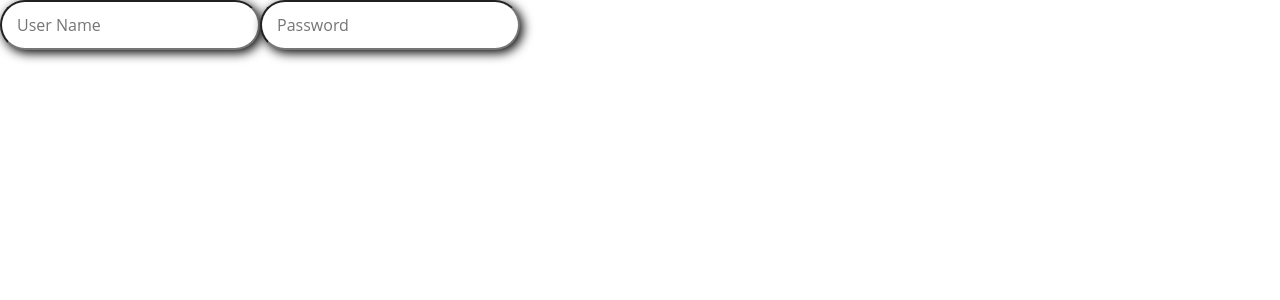
Repository: Cherced/virtualassistant
Page: /login
These files come from the project's save history. The page is drawn as it stood at one moment and after the next save; the edit follows.
The browser window is 1280 px wide. The pictures show the whole page.
The project was rebuilt for these pictures with package versions that can differ from the ones it lists, and the page was loaded fresh each time. The framework's server and built-in components were replaced by stand-ins that run in the browser.

Above is the page before, as saved 2022-07-15 14:07:58.

### pages/_app.js
import '../sass/global.scss';


const MyApp = ({ Component, pageProps }) => {
    return <Component {...pageProps} />
  }


export default MyApp

### pages/_document.js
import { Html, Head, Main, NextScript } from 'next/document'

export default function Document() {

  return (
    <Html lang="en">
      <Head />
      <body>
        <Main />
        <div id="portal"></div>
        <NextScript />
      </body>
    </Html>
  )
}

### pages/login.jsx
import React from 'react'
import { LoginForm } from '../components/molecules/login/LoginForm'

const Login = () => {
  return (
    <div className="login">
        <LoginForm/>
    </div>
  )
}

export default Login

### sass/global.scss
@import './vars';
@import './components';
@import './pages/draft';
@import './pages/welcome';
@import './pages/welcomeS';

### components/molecules/login/LoginForm.jsx
import React from 'react'
import { BasicInput } from '../../atoms/inputs/BasicInput'

export const LoginForm = () => {
    const sendUserAuth = () => {
        console.log("SEEEENDEED")
    }
  return (
    <form className="loginForm" onSubmit={()=> sendUserAuth()}>
        <div className="loginForm__inputs--container">
        <BasicInput type="text" placeholder="User Name" id="user" name="user" />
        <BasicInput type="password" placeholder="Password" id="passWord" name="passWord" />
        </div>
    </form>
  )
}

### sass/_vars.scss
@import url('https://fonts.googleapis.com/css2?family=Inter:wght@100;200;300;500;600;700;800;900&family=Roboto:ital,wght@0,100;0,300;0,400;0,500;0,700;0,900;1,100;1,300;1,400;1,500;1,700;1,900&display=swap');
@import url('https://fonts.googleapis.com/css2?family=Roboto:ital,wght@0,100;0,300;0,400;0,500;0,700;0,900;1,100;1,300;1,400;1,500;1,700;1,900&family=Ubuntu:ital,wght@0,300;0,400;0,500;0,700;1,300;1,400;1,500;1,700&display=swap');

$mainColor: black;
$mainTextColor: white;
$mainFont: 'Inter';
$subTitle: 'Roboto';


*{
    box-sizing: border-box;
    margin: 0;
    padding: 0;
    font-family: Arial, Helvetica, sans-serif;
}

### sass/_components.scss
@import './components/headers/welcomeHeader';
@import './components/carrousels/carrousel';
@import './components/buttons/nextButton';
@import './components/buttons/basicButton';
@import './components/inputs/basicInput';

### sass/components/headers/_welcomeHeader.scss
.brand {
  width: 100%;
  min-height: 500px;
  display: flex;
  background: black;
  border-radius: 0 0 100px 100px;
  box-shadow: 6px 6px 20px 3px rgba(0, 0, 0, 0.2);
  justify-content: center;
  align-items: center;

  .brand__elipse--container {
    display: none;
  }

  .brand__img {
    z-index: 2;
    object-fit: cover;
  }
}

@media screen and (min-width: 1024px) {
  .brand {
    background-repeat: no-repeat;
    background-position: center;
    background-position-y: -200px;
    border-radius: none;
    background-image: url('../../../public/img/Ellipse.png');
    background: linear-gradient(180deg, #000000, #ffffff, #7d7777, #ececec, #7b7b7b, #000000, #545454, #e1e1e1, #e1e1e1);
    background-size: 1800% 1800%;

    -webkit-animation: AnimationName 27s ease infinite;
    -moz-animation: AnimationName 27s ease infinite;
    animation: AnimationName 27s ease infinite;


  .brand__elipse--container {
    display: block;
    position: absolute;
    top: -193px;
    z-index: 1;
  }
  }


@-webkit-keyframes AnimationName {
  0%{background-position:0% 68%}
  50%{background-position:100% 33%}
  100%{background-position:0% 68%}
}
@-moz-keyframes AnimationName {
  0%{background-position:0% 68%}
  50%{background-position:100% 33%}
  100%{background-position:0% 68%}
}
@keyframes AnimationName {
  0%{background-position:0% 68%}
  50%{background-position:100% 33%}
  100%{background-position:0% 68%}
}

}

### sass/components/carrousels/_carrousel.scss
.carrousel {
    max-width: 500px;
    height: auto;
    min-width: 300px;
    overflow: hidden;

    .slider {
        position: relative;
        display: flex;
        width: 200%;
        height: 100%;
    }

    .carrousel__list {
        list-style: none;
        display: flex;
        flex-direction: column;
        width: 100%;

        .carrousel__list--item {
            width: 100%;
            display: flex;
            flex-direction: row;
            align-items: center;
            justify-content: center;

            .carrousel__item--title {
                font-family: $subTitle;
                font-style: normal;
                font-weight: 500;
                font-size: 20px;
                line-height: 24px;
                text-align: center;
                letter-spacing: 0.04em;
                margin-bottom: 30px;
            }

            .carrousel__item--parragraph {
                font-style: normal;
                font-weight: 400;
                font-size: 15px;
                line-height: 18px;
                text-align: center;
                letter-spacing: 0.04em;
                font-family: $mainFont;
                color: #0F184D;
                padding: 0 30px;
                text-align: center;
            }
        }
    }
}

### sass/components/buttons/_nextButton.scss
.button__next {
    display: flex;
    width: auto;
    min-width: 100px;
    height: 50px;
    justify-content: space-around;
    align-items: center;
    background: black;
    color: white;
    border-radius: 100px;
    padding: 0 0 0 30px;
    box-shadow: 5px 5px 10px 0px black;
    cursor: pointer;
    font-family: $mainFont;
    font-size: 16px;


    .button__next--Arrow {
        width: 50px;
        height: 50px;
        display: flex;
        align-items: center;
        justify-content: center;
        background: $mainTextColor;
        border-radius: 100px;
        margin-left: 10px;

        .next__arrow--h1 {
            padding: 10px;
            color: $mainColor;
            font-family: $mainFont;
        }
    }

}

### sass/components/buttons/_basicButton.scss
.basic__button {
    width: 260px;
    height: 50px;
    border-radius: 30px;
}

.black {
    background: black;
    border: 1px solid white;
    font-family: $mainFont;
    font-style: normal;
    font-weight: 600;
    font-size: 20px;
    line-height: 30px;
    text-align: center;
    color: #FFFFFF;
}

.white{
    background: white;
    border: 1px solid black;
    font-family: $mainFont;
    font-style: normal;
    font-weight: 600;
    font-size: 20px;
    line-height: 30px;
    text-align: center;
    color: black;
}

### sass/components/inputs/_basicInput.scss
.basicInput {
    width: 260px;
    height: 50px;
    border-radius: 30px;
    padding-left: 15px;
    box-shadow: 3px 3px 11px 0px black;
    // letter style:
    font-family: 'Open Sans';
    font-style: normal;
    font-weight: 400;
    font-size: 16px;
    line-height: 22px;
    text-align: start;
    color: #848484;

}

### sass/pages/_draft.scss

.Draft{
    display: flex;
    align-self: center;
    width: 100%;
    justify-content: center;
    height: 100vh;
    flex-direction: column;
    align-items: center;
}

### sass/pages/_welcome.scss
.welcome {
    width: 100%;
    height: 100vh;
    display: flex;
    flex-direction: column;
    align-items: center;
    box-shadow: 7px 8px 20px 7px black;
    justify-items: center;
    justify-content: space-between;

    .main__Content--welcome {
        width: 100%;
        height: 100%;
        display: flex;
        justify-content: center;
        flex-direction: column;
        align-items: center;

        .main__Content--title {
            font-family: $mainFont;
            font-style: normal;
            font-weight: 600;
            font-size: 30px;
            line-height: 18px;
            text-align: center;
            letter-spacing: 0.04em;

            color: #0F184D;
            margin: 30px 0;
        }
    }

    .NavButtons {
        display: flex;
        width: 100%;
        align-items: center;
        justify-content: space-between;
        padding: 0 30px;
        margin: 20px 0;

        .NavButtons__ancord {
            text-decoration: none;
            font-style: normal;
            font-weight: 400;
            font-size: 15px;
            line-height: 18px;
            letter-spacing: 0.04em;
            font-family: $mainFont;
            color: #000000;
        }
    }
}

### sass/pages/_welcomeS.scss
.welcomeS {
    height: 100vh;
    background: linear-gradient(333.49deg, #000000 55.66%, rgba(217, 217, 217, 0) 92.17%);
    display: flex;
    flex-direction: column;
    align-items: center;
    justify-content: space-around;

    .welcomeS__header {
        width: 100%;
        height: 50%;
        display: flex;
        align-items: center;
        justify-content: center;

        .welcomeS__header--img {
            width: 350px;
            height: 450px;
            object-fit: cover;
            border-radius: 100px 0 100px 0;
        }
    }

    .welcomeS__main {
        width: 90%;
        color: white;
        display: flex;
        align-items: center;
        justify-content: center;

        .welcomeS__main--title {
            text-align: center;
            font-family: $mainFont;
            font-style: normal;
            font-weight: 400;
            font-size: 24px;
            line-height: 29px;
            letter-spacing: 0.07em;
        }
    }
}

### components/atoms/inputs/BasicInput.jsx
import React from 'react'

export const BasicInput = (props) => {
  return (
    <input className="basicInput" type={props.type} id={props.id} name={props.name} placeholder={props.placeholder}/>
  )
}

### components/atoms/buttons/BasicButton.jsx
import React from 'react'

export const BasicButton = (props) => {
  return (
    <button onSubmit={props.onSubmit} onClick={props.onClick} className={`basic__button ${props.color}`} type={props.type} aria-label={props.aria}>
      {props.title}
    </button>
  )
}

After the next save:
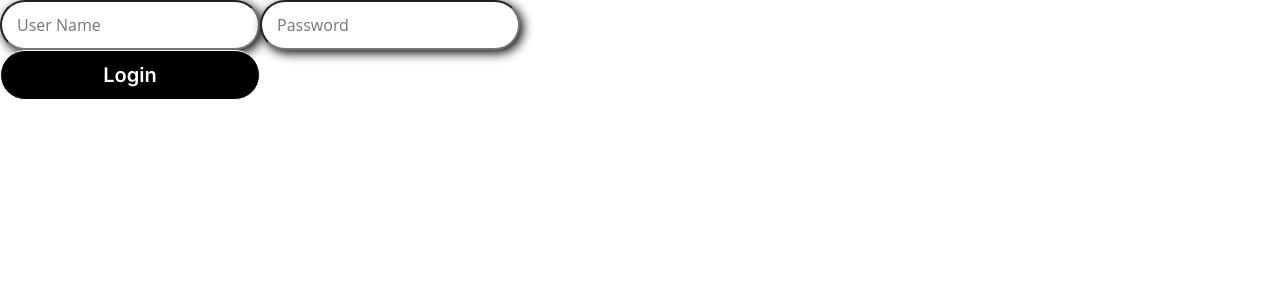
Saved 63 s later.
--- a/components/molecules/login/LoginForm.jsx
+++ b/components/molecules/login/LoginForm.jsx
@@ -1,5 +1,6 @@
 import React from 'react'
 import { BasicInput } from '../../atoms/inputs/BasicInput'
+import { BasicButton } from '../../atoms/buttons/BasicButton'
 
 export const LoginForm = () => {
     const sendUserAuth = () => {
@@ -11,6 +12,7 @@ export const LoginForm = () => {
         <BasicInput type="text" placeholder="User Name" id="user" name="user" />
         <BasicInput type="password" placeholder="Password" id="passWord" name="passWord" />
         </div>
+        <BasicButton color="black" type="submit" title="Login"/>
     </form>
   )
 }
